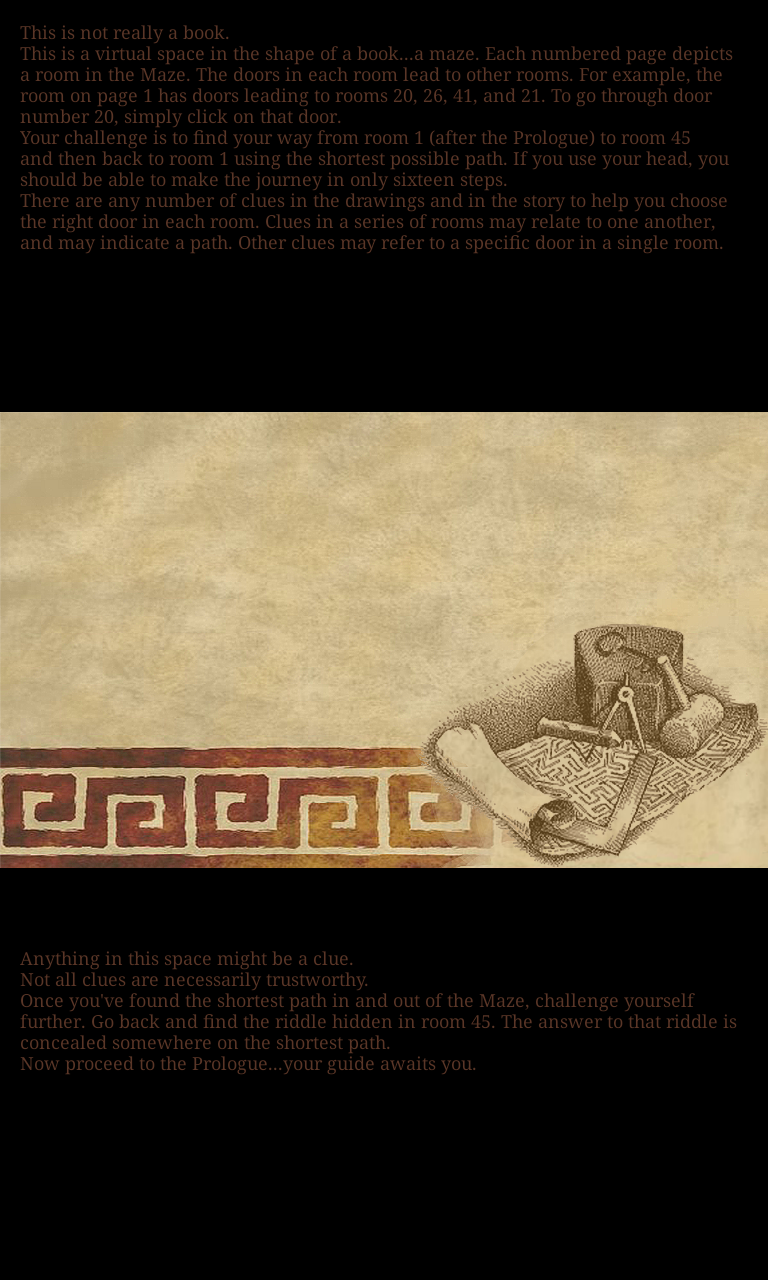
Repository: RandyLedbetter/maze
Layout: MazeTest/res/layout/activity_directions.xml
The author's editor kept a copy of each file at every save. The layout is drawn from the files as they stood at one save, then again after the next save.
It is drawn on a 768 x 1280 px phone screen (xhdpi) without system bars, with theme android:Theme.NoTitleBar.Fullscreen; the app's code is not run.

Above is the layout before, as saved 2014-04-25 01:21:56.

After the next save:
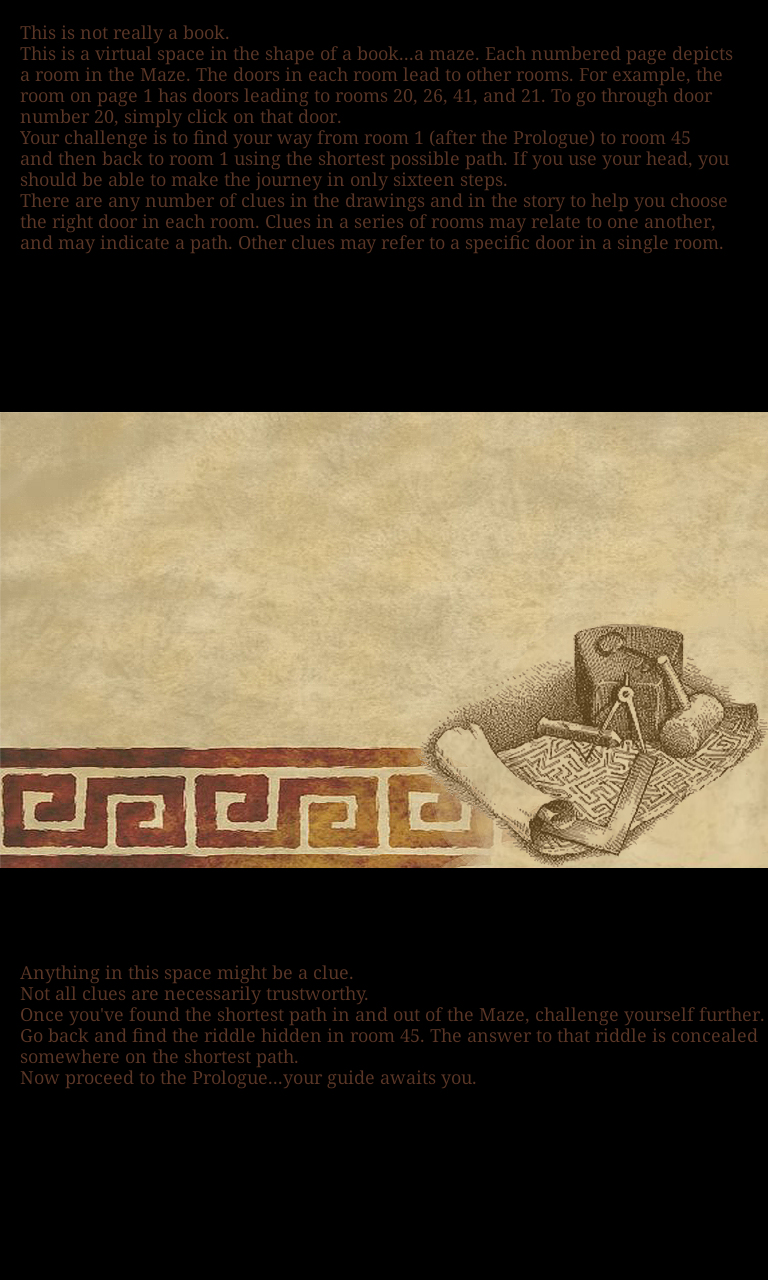
Saved 57 s later.
--- a/MazeTest/res/layout/activity_directions.xml
+++ b/MazeTest/res/layout/activity_directions.xml
@@ -25,10 +25,10 @@
 
  	<TextView
  	    android:id="@+id/textView1"
- 	    android:layout_width="match_parent"
+ 	    android:layout_width="398dp"
  	    android:layout_height="wrap_content"
  	    android:layout_gravity="bottom"
- 	    android:layout_marginBottom="82dp"
+ 	    android:layout_marginBottom="75dp"
  	    android:padding="10dp"
  	    android:paddingBottom="0dp"
  	    android:text="@string/directions2"
